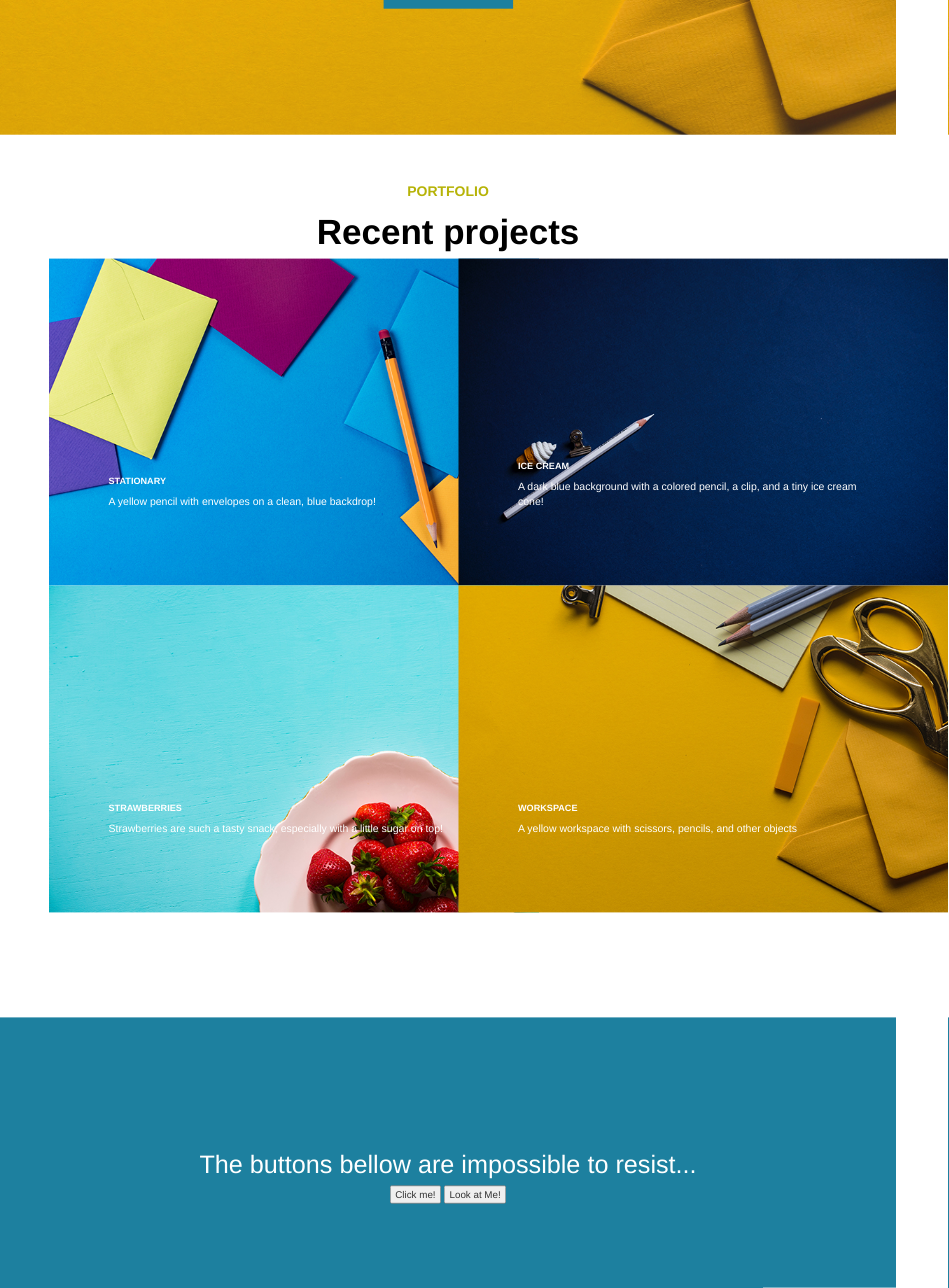
Repository: codin-full-stack/tomasz
Page: http://localhost/tomasz/portfolio/index.php
These files come from the project's save history. The page is drawn as it stood at one moment and after a run of saves; the edit follows.
The browser window is 1280 px wide. The page is 1355 px wide, so the pictures cover 1355 px, including what lies to the right of the window. The pictures show the part of the page from y = 2238 to 4078 px (the page is 4078 px tall), at 70% of full size.
Some web libraries are served in a nearby version. The page is run by PHP 8.4 with error messages shown; the project is at /var/www/html/.

Above is the page before, as saved 2018-10-23 09:28:30.

### portfolio/index.php
<!DOCTYPE html>
<html lang="en">
  <head>
    <meta charset="utf-8">
    <meta name="viewport" content="width=device-width, initial-scale=1, shrink-to-fit=no">
    <link rel="stylesheet" href="styles.css">
    <!-- Latest compiled and minified CSS -->
    <link rel="stylesheet" href="https://maxcdn.bootstrapcdn.com/bootstrap/3.3.7/css/bootstrap.min.css">
    <link rel="stylesheet" href="https://use.fontawesome.com/releases/v5.4.1/css/all.css" integrity="sha384-5sAR7xN1Nv6T6+dT2mhtzEpVJvfS3NScPQTrOxhwjIuvcA67KV2R5Jz6kr4abQsz" crossorigin="anonymous">
    <!-- jQuery library -->
    <script src="https://ajax.googleapis.com/ajax/libs/jquery/3.3.1/jquery.min.js"></script>
    <!-- Latest compiled JavaScript -->
    <script src="https://maxcdn.bootstrapcdn.com/bootstrap/3.3.7/js/bootstrap.min.js"></script>
  </head>

<body>
    <section class="first">
      <div class="container-fluid flex">
        <div class="textbox">
        <h1 class="maintext">Stylish portfolio</h1>
        <h2 class="secondtext"><i>A free Bootstrap Theme by Start Bootstrap</i></h2>
        <button class="button">Find Out More</button>
        </div>
      </div>
    </section>

    <section class="second">
      <div class="container-fluid flex">
        <div class="textbox2">
          <h1 class="maintext2">Stylish portfolio is the perfect theme for your next project!</h1>
          <h2 class="secondtext2"><i>This theme features is flexible, UX friendly sidebar menu and stock photos from your friends at Unsplash!</i></h2>
          <button class="button2">What We Offer</button>
        </div>
      </div>
    </section>

    <section class="third">
      <div class="container flex">
        <div class="textbox3">
        <h2 class="secondtext3">SERVICES</h2>
        <h1 class="maintext3">What We Offer</h1>
          <div class="row">
              <div class="col-md-3">
                <div class="iconframe"></div>
                <p class="maintext4">Responsive</p>
                <p class="secondtext4">Looks great on any screen size!</p>
              </div>
              <div class="col-md-3">
              <div class="iconframe"></div>
                <p class="maintext4">Redesigned</p>
                <p class="secondtext4">Freshly design for Boostrap 4.</p>
              </div>
              <div class="col-md-3">
                <div class="iconframe"></div>
                  <p class="maintext4">Favorited</p>
                  <p class="secondtext4">Million of users (icon) Boostrap!</p>

              </div>
              <div class="col-md-3">
                <div class="iconframe"></div>
                  <p class="maintext4">Question</p>
                  <p class="secondtext4">I mustache you a question..</p>
              </div>
            </div>
        </div>
      </div>
    </section>

        <section class="fourth">
      <div class="container-fluid flex">
        <div class="textbox4">
        <h1 class="maintext5">Welcome to your next Website!</h1>
        <button class="button">Download now</button>
        </div>
      </div>
    </section>

<section class="fifth">
      <div class="container flex">
        <div class="textbox5">
        <h2 class="secondtext5">PORTFOLIO</h2>
        <h1 class="maintext5">Recent projects</h1>
          <div class="row">
              <div class="col-md-6">
                <img src="images/portfolio-1.jpg" alt="">
                  <div class="photobox">
                  <h2 class="maintext6">STATIONARY</h2>
                  <p class="secondtext6">A yellow pencil with envelopes on a clean, blue backdrop!</p>
                  </div>
              </div>
              <div class="col-md-6">
              <img src="images/portfolio-2.jpg" alt="">
                <div class="photobox">
                  <h2 class="maintext6">ICE CREAM</h2>
                  <p class="secondtext6">A dark blue background with a colored pencil, a clip, and a tiny ice cream cone!</p>
                </div>
              </div>
            </div>
            <div class="row">
              <div class="col-md-6">
              <img src="images/portfolio-3.jpg" alt="">
                <div class="photobox">
                  <h2 class="maintext6">STRAWBERRIES</h2>
                  <p class="secondtext6">Strawberries are such a tasty snack, especially with a little sugar on top!</p>
                </div>
              </div>
              <div class="col-md-6">
                <img src="images/portfolio-4.jpg" alt="">
                  <div class="photobox">
                    <h2 class="maintext6">WORKSPACE</h2>
                    <p class="secondtext6">A yellow workspace with scissors, pencils, and other objects</p>
                </div>
              </div>
            </div>
        </div>
      </div>
    </section>


    <section class="seventh">
      <div class="container-fluid flex">
        <div class="textbox7">
          <h1 class="maintext7">The buttons bellow are impossible to resist...</h1>
          <button class="button7-1">Click me!</button>
          <button class="button7-2">Look at Me!</button>
        </div>
      </div>
    </section>




</body>



























</html>

### portfolio/styles.css
body {
    /* width: 100vw;
    height: 100vh; */
}

.first {
    height: 100vh;
    display: flex;
    width: 100%;
    background-image: url("images/bg-masthead.jpg");
    background-position: left;
    background-repeat: no-repeat;
    background-size: cover;
}

.second {
    padding: 120px 0;
    background-color: #ffffff;

}
.third {
    background-color: #1d809f;
    height: 550px;
}

.fourth {
    height: 100vh;
    background-image: url("images/bg-callout.jpg");
    background-position: left;
    background-repeat: no-repeat;
    background-size: cover;
}
.fifth {
    padding-bottom: 150px;

}
.seventh {
    padding: 120px 0;
    background-color: #1d809f;
}

.textbox {
    width: 650px;
    align-self: center;
    text-align: center;
    margin: 0 auto;
}
.textbox2 {

    width: 840px;
    align-self: center;
    text-align: center;
    margin: 0 auto;
}

.textbox3 {
    padding-top: 100px;
    align-self: center;
    text-align: center;
    margin: 0 auto;
}
.textbox4 {
    padding-top: 350px;
    align-self: center;
    text-align: center;
    margin: 0 auto;
}
.textbox5 {
    padding-top: 50px;
    align-self: center;
    text-align: center;
    margin: 0 auto;
}

.textbox7 {
    padding-top: 50px;
    align-self: center;
    text-align: center;
    margin: 0 auto;
}

.first h1 {
    font-size: 85px;
}

.first h2 {
    font-size: 30px;
}

.second h1 {
    font-size: 26px;
    font-weight: 750;
}
.second h2 {
    font-size: 16px;
    font-weight: 750;
}
.third h2 {
    font-size: 20px;
    font-weight: bold;
    color: #b6b307;
}

.third h1 {
    font-size: 50px;
    font-weight: bold;
    color: #ffffff;
}
.fourth h1 {
    font-size: 50px;
    font-weight: bold;
    color: #000000;
}

.maintext4 {
    font-size: 30px;
    font-weight: bold;
    color: #ffffff;
}

.secondtext4 {
    font-size: 20px;
    font-weight: bold;
    color: #bcd4d1;
}

.fifth h2 {
    font-size: 20px;
    font-weight: bold;
    color: #b6b307;
}

.fifth h1 {
    font-size: 50px;
    font-weight: bold;
    color: #000000;
}

.seventh h1 {
    color: #ffffff;
    font
}
.photobox h2 {
    color: #ffffff;
    font-size:  13px;
    text-align: left;
}

.photobox p {
    color: #ffffff;
    text-align: left;
    font-size: 15px;
}
.container-fluid {

}

.flex {
    display: flex;
}

.button {
    width: 185px;
    height: 65px;
    background-color: #1d809f;
    border: none;
    color: #ffffff;
    align-self: center;
    margin-top: 40px;
}

.button2 {
    width: 185px;
    height: 65px;
    background-color: #000000;
    border: none;
    color: #ffffff;
    margin-top: 40px;
}

.iconframe {
    height: 120px;
    width: 120px;
    background-color: #ffffff;
    border-radius: 100%;
    display: inline-block;
}

.photobox {
    position: absolute;
    bottom: 100px;
    left: 100px;
}

After the next 2 saves:
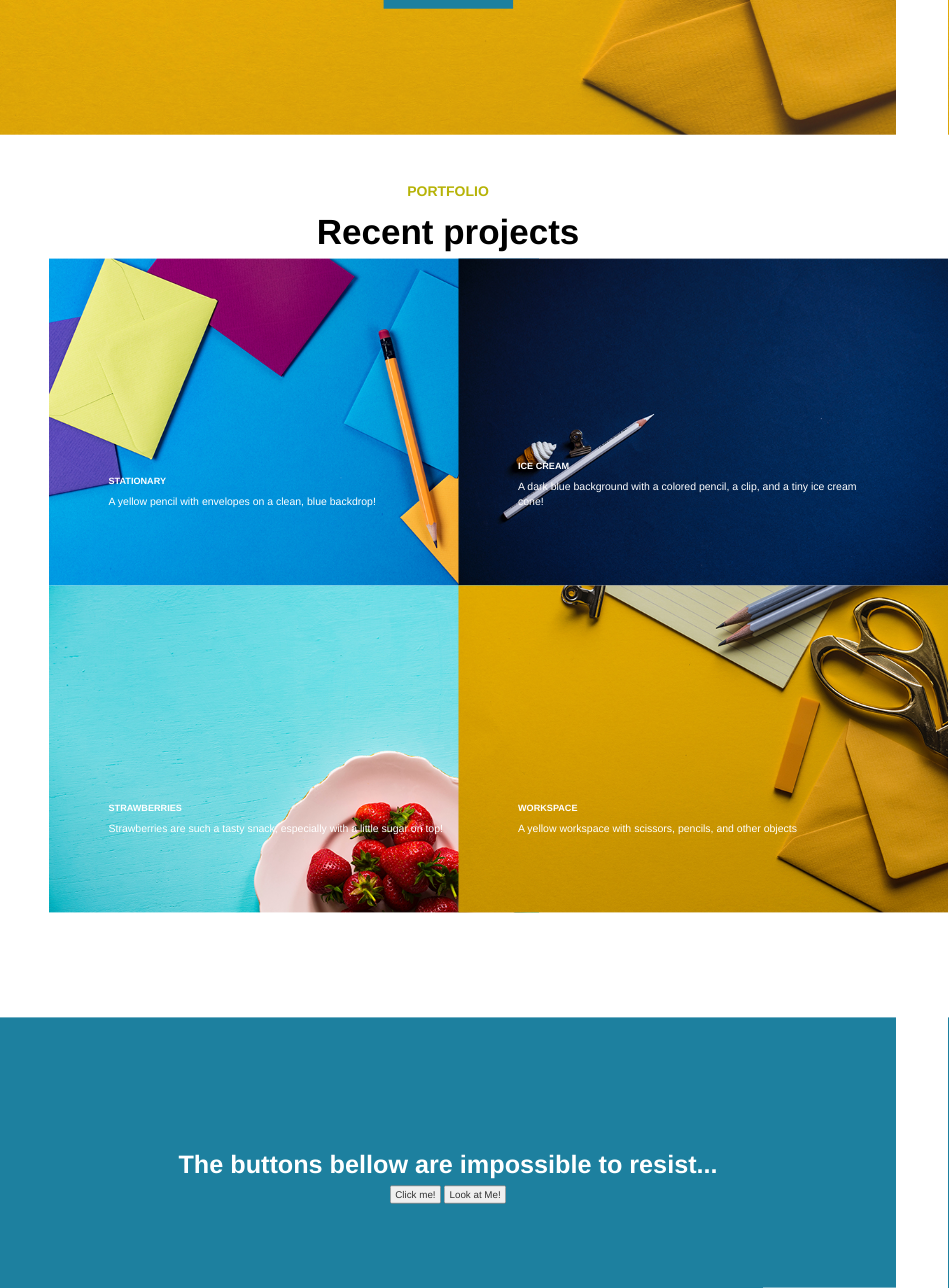
The 2 saves are shown as one change because they came seconds apart.
The last was saved 7 s later.
--- a/portfolio/styles.css
+++ b/portfolio/styles.css
@@ -138,7 +138,8 @@ body {
 
 .seventh h1 {
     color: #ffffff;
-    font
+    font-weight: bold;
+
 }
 .photobox h2 {
     color: #ffffff;
